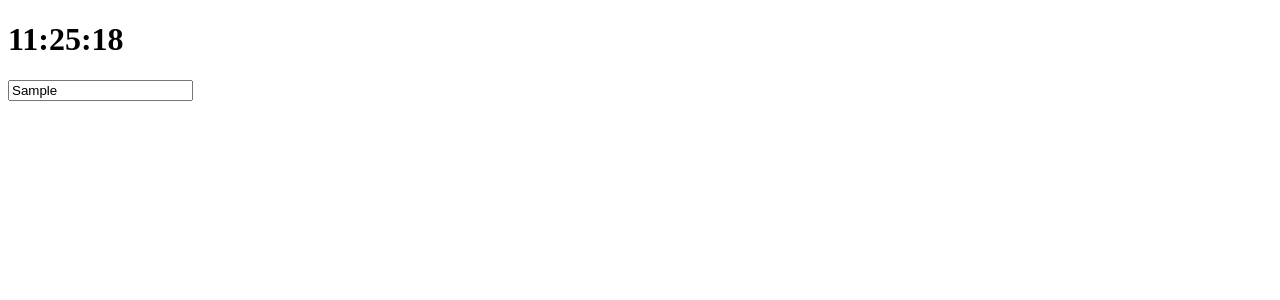
Repository: haleyjung/chrome_app
Page: index.html
The author's editor kept a copy of each file at every save. The page is drawn from the files as they stood at one save, then again after the next save.
The browser window is 1280 px wide. The pictures show the whole page.
Empty fields were first filled with sample values (such as "Sample", 5 or name@example.com).
After loading, the first visible `form.js-toDoForm` was submitted once.

Above is the page before, as saved 2020-11-19 12:57:00.

### index.html
<!DOCTYPE html>
<html lang="en">
<head>
    <meta charset="UTF-8" />
    <meta name="viewport" content="width=device-width, initial-scale=1.0">
    <title>Chrome App</title>
    <link rel="stylesheet" href="index.css">
</head>
<body>

    <div class="js-clock">
        <h1>00:00</h1>
    </div>
    <form class="js-form form">
        <input type="text" placeholder="What is your name?" />
    </form>

    <h4 class="js-greetings greetings"></h4>

    <form class="js-toDoForm">
        <input type="text" placeholder="Write a to do" />
    </form>
    <ul class="js-toDoList">
    </ul>

    <script src="js/clock.js"></script>
    <script src="js/greeting.js"></script>
    <script src="js/todo.js"></script>
</body>
</html>

### js/clock.js
const clockContainer = document.querySelector(".js-clock"),
    clockTitle = clockContainer.querySelector("h1");

function getTime() {
    const date = new Date();
    const minutes = date.getMinutes();
    const hours = date.getHours();
    const seconds = date.getSeconds();
    clockTitle.innerText = `${hours < 10 ? `0${hours}` : hours}:${
        minutes < 10 ? `0${minutes}` : minutes
    }:${seconds < 10 ? `0${seconds}` : seconds}`;
}

function init() {
    getTime();
    setInterval(getTime, 1000);
}

init();

### js/greeting.js
const form = document.querySelector(".js-form"),
    input = form.querySelector("input"),
    greeting = document.querySelector(".js-greetings");

const USER_LS = "currentUser",
    SHOWING_CN = "showing";

function paintGreeting(text) {
    form.classList.remove(SHOWING_CN);
    greeting.classList.add(SHOWING_CN);
    greeting.innerText = `Hello ${text}`;
}

function loadName(){
    const currentUser = localStorage.getItem(USER_LS);
    if(currentUser === null) {
    } else {
        paintGreeting(currentUser);
    }
}

function init() {
    loadName();
}

init();

### js/todo.js
const toDoForm = document.querySelector(".js-toDoForm"),
    toDoInput = toDoForm.querySelector("input"),
    toDoList = document.querySelector(".js-toDoList");

const TODOS_LS = 'toDos';

function paintToDo(text){
    console.log(text);
}

function handleSubmit(event){
    event.preventDefault();
    const currentValue = toDoInput.value;
    paintToDo(currentValue);
}

function loadToDos() {
    const toDos = localStorage.getItem(TODOS_LS);
    if(toDos !== null){
        // Add here
    }
}

function init() {
    loadToDos();
    toDoForm.addEventListener("submit", handleSubmit)
}

init();

Loaded but not shown: index.css (common file)

After the next save:
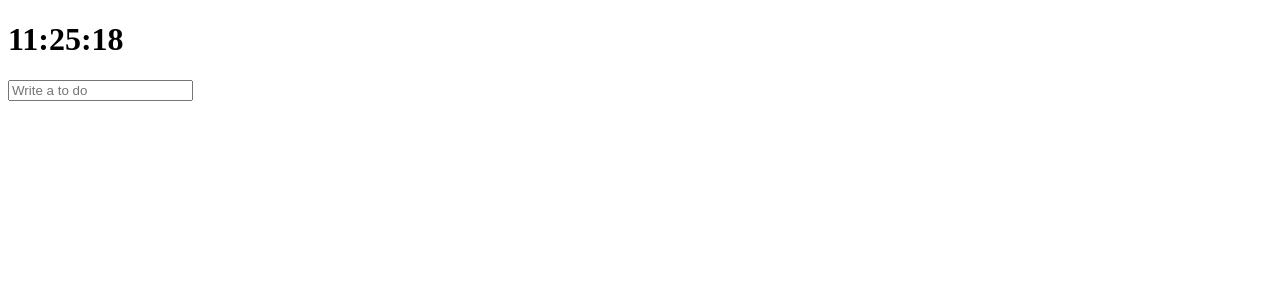
Saved 34 s later.
--- a/js/todo.js
+++ b/js/todo.js
@@ -12,6 +12,7 @@ function handleSubmit(event){
     event.preventDefault();
     const currentValue = toDoInput.value;
     paintToDo(currentValue);
+    toDoInput.value = "";
 }
 
 function loadToDos() {
